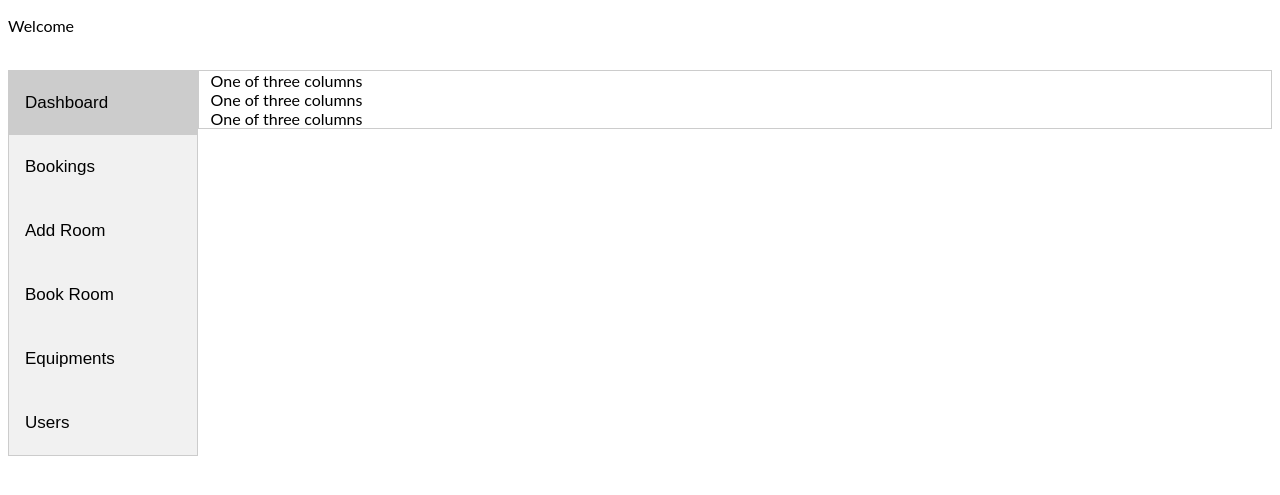
Repository: abhi608/visa_tutorial
Page: meetingroomapp/src/main/resources/static/dashboardView.html
The author's editor kept a copy of each file at every save. The page is drawn from the files as they stood at one save, then again after the next save.
The browser window is 1280 px wide. The pictures show the whole page.

Above is the page before, as saved 2018-08-07 07:03:36.

### meetingroomapp/src/main/resources/static/dashboardView.html
<!DOCTYPE html>
<html>
<head>
<meta name="viewport" content="width=device-width, initial-scale=1">
<style>
* {box-sizing: border-box}
body {font-family: "Lato", sans-serif;}

/* Style the tab */
.tab {
    float: left;
    border: 1px solid #ccc;
    background-color: #f1f1f1;
    width: 15%;
    /*height: 300px;*/
}

/* Style the buttons inside the tab */
.tab button {
    display: block;
    background-color: inherit;
    color: black;
    padding: 22px 16px;
    width: 100%;
    border: none;
    outline: none;
    text-align: left;
    cursor: pointer;
    transition: 0.3s;
    font-size: 17px;
}

/* Change background color of buttons on hover */
.tab button:hover {
    background-color: #ddd;
}

/* Create an active/current "tab button" class */
.tab button.active {
    background-color: #ccc;
}

/* Style the tab content */
.tabcontent {
    float: left;
    padding: 0px 12px;
	border: 1px solid #ccc;
    width: 85%;
    border-left: 1px solid #ccc ;
    border-bottom: 1px solid #ccc;
    /* height: 300px;*/
}
</style>
</head>
<body>

<p>Welcome </p><br />


<div class="tab">
  <button class="tablinks" onclick="openCity(event, 'Dashboard')" id="defaultOpen">Dashboard</button>
  <button class="tablinks" onclick="openCity(event, 'Bookings')">Bookings</button>
  <button class="tablinks" onclick="openCity(event, 'AddRoom')">Add Room</button>
  <button class="tablinks" onclick="openCity(event, 'BookRoom')">Book Room</button>
  <button class="tablinks" onclick="openCity(event, 'Equipments')">Equipments</button>
  <button class="tablinks" onclick="openCity(event, 'Users')">Users</button>
</div>

<div id="Dashboard" class="tabcontent">
  <div class="container">
	  <div class="row">
	    <div class="col-md">
	      One of three columns
	    </div>
	    <div class="col-md">
	      One of three columns
	    </div>
	    <div class="col-md">
	      One of three columns
	    </div>
	  </div>
  </div>
</div>

<div id="Bookings" class="tabcontent">
  <h3>Bookings</h3>
  <p>Show Bookings</p>
</div>

<div id="AddRoom" class="tabcontent">
  <h3>Add Room</h3>
  <p>Add a new room</p>
</div>

<div id="BookRoom" class="tabcontent">
  <h3>Book a room</h3>
  <p>This will book a room</p>
</div>

<div id="Equipments" class="tabcontent">
  <h3>Equipments</h3>
  <p>Show Equipments</p>
</div>

<div id="Users" class="tabcontent">
  <h3>Users</h3>
  <p>Show all the rooms</p>
</div>




<script>
function openCity(evt, cityName) {
    var i, tabcontent, tablinks;
    tabcontent = document.getElementsByClassName("tabcontent");
    for (i = 0; i < tabcontent.length; i++) {
        tabcontent[i].style.display = "none";
    }
    tablinks = document.getElementsByClassName("tablinks");
    for (i = 0; i < tablinks.length; i++) {
        tablinks[i].className = tablinks[i].className.replace(" active", "");
    }
    document.getElementById(cityName).style.display = "block";
    evt.currentTarget.className += " active";
}

// Get the element with id="defaultOpen" and click on it
document.getElementById("defaultOpen").click();
</script>

</body>
</html>

After the next save:
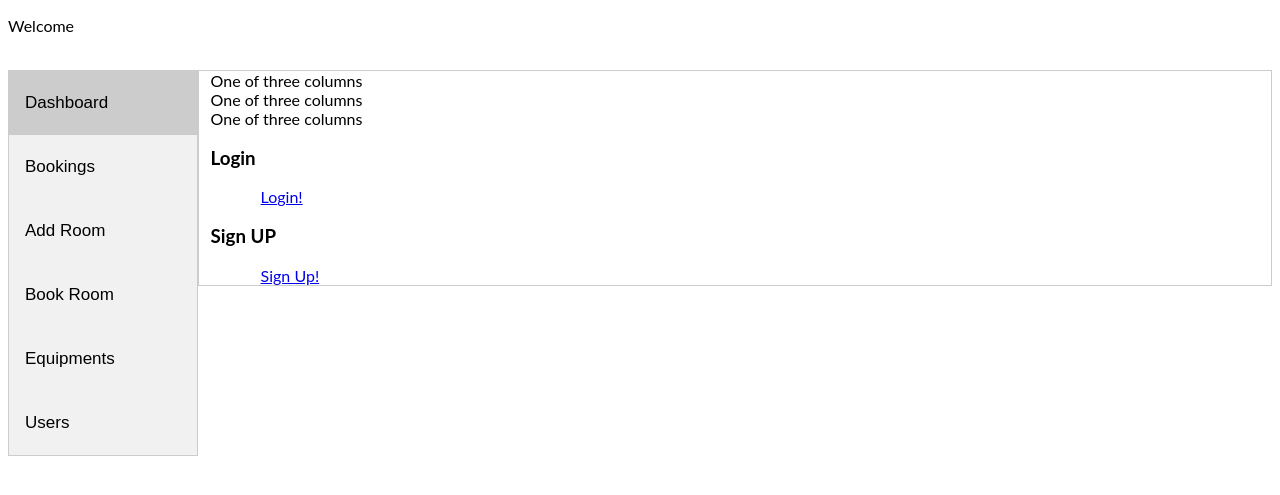
Saved 5 min 33 s later.
--- a/meetingroomapp/src/main/resources/static/dashboardView.html
+++ b/meetingroomapp/src/main/resources/static/dashboardView.html
@@ -80,6 +80,29 @@ body {font-family: "Lato", sans-serif;}
 	    </div>
 	  </div>
   </div>
+
+  <div class="container">
+  <div class="row-height">
+    <div class="row">
+      <div class="col-height col-middle col-xs-5 pull-left card">
+        <div class="col-xs-12 text-center">
+          <h3 class="heading-s1">Login</h3>
+        </div>
+        <div class="col-xs-12 text-center">
+          <a href="javascript:void(0);" class="btn big-btn no-border red-background unstyle-anchor" style="padding: 13px 50px;">Login!</a>
+        </div>
+      </div>
+      <div class="col-height col-middle col-xs-5 pull-right card">
+        <div class="col-xs-12 text-center">
+          <h3 class="heading-s1">Sign UP</h3>
+        </div>
+        <div class="col-xs-12 text-center">
+          <a href="javascript:void(0);" class="btn big-btn no-border red-background unstyle-anchor" style="padding: 13px 50px;">Sign Up!</a>
+        </div>
+      </div>
+    </div>
+  </div>
+</div>
 </div>
 
 <div id="Bookings" class="tabcontent">
